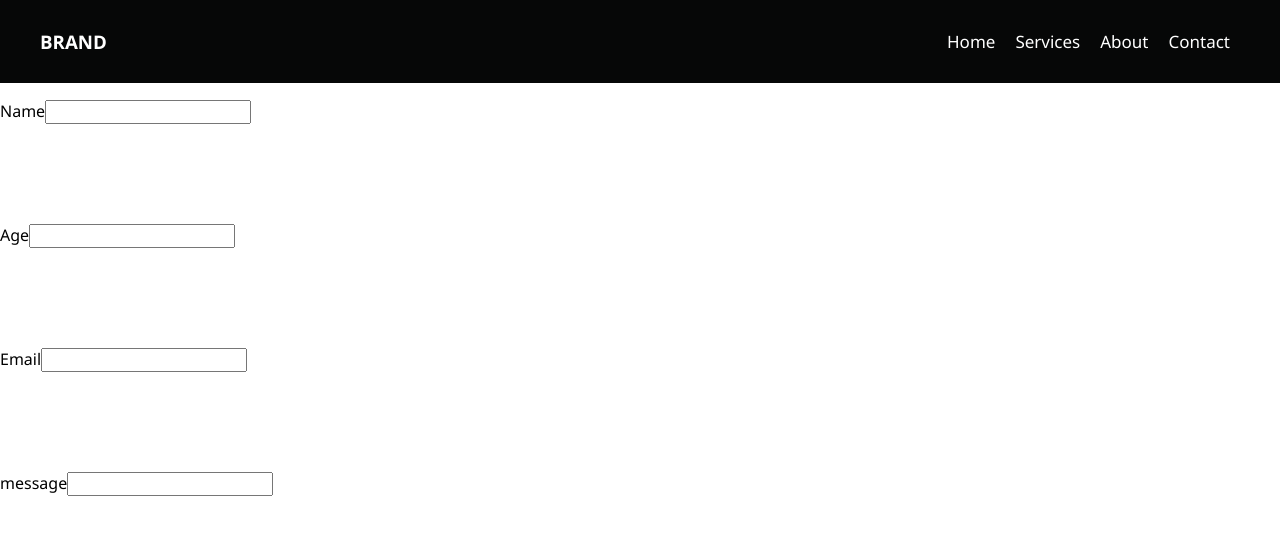
Repository: hemantsaini-7/React_Basics
Page: /contact (app in webreact/)
An editor plug-in stored every save of this project. The page is shown before and after the next save, followed by the edit.
The browser window is 1280 px wide. The pictures show the whole page.
The project was rebuilt for these pictures with package versions that can differ from the ones it lists, and the page was loaded fresh each time. Also part of the build but not shown: webreact/src/components/Common.js, webreact/src/components/Home.js, webreact/src/components/Card.js, webreact/src/components/Services.js, webreact/src/components/About.js.

Above is the page before, as saved 2020-11-03 16:16:39.

### webreact/src/App.js
import React,{Fragment} from 'react';
import {BrowserRouter as Router, Redirect} from 'react-router-dom';
import {Switch, Route} from 'react-router-dom';
import Nav from './components/Nav'
import Home from './components/Home'
import Services from './components/Services'
import About from './components/About'
import Contact from './components/Contact'
import './App.css';
function App() {
  return (
    <Fragment>
      <Router>
      <Nav />
       <Switch>
          <Route exact path="/" component={Home} />
          <Route exact path="/services" component={Services} />
          <Route exact path="/about" component={About} />
          <Route exact path="/contact" component={Contact} />
          <Redirect exact path="/" />
        </Switch>
      </Router>
    </Fragment>
  );
}

export default App;

### webreact/src/components/Nav.js
import React from 'react'
import { Link } from 'react-router-dom'

function Nav() {
    return (
        <nav>
            <a href="/"><h3>BRAND</h3></a>
            <ul className="links">
                <Link to="/"className="link-item"><li>Home</li></Link>
                <Link to="/services"className="link-item"><li>Services</li></Link>
                <Link to="/about"className="link-item"><li>About</li></Link>
                <Link to="/contact"className="link-item"><li>Contact</li></Link>
            </ul>
        </nav>
    )
}
export default Nav

### webreact/src/components/Contact.js
import React, { useState } from 'react'

function Contact() {
    const [values,setValues]=useState({
        name:"",
        age:"",
        email:"",
        message:"",
    });
    var {name,age,email,message}=values;
    return (
        <form>
            <div className="form-div">
                <label htmlFor="Name">Name</label>
                <input type="text" className="input-field" value={name} name="name" onChange={e=>setValues(e.target.value)}/>
                {console.log(values.name)}
            </div>
            <div className="form-div">
                <label htmlFor="Age">Age</label>
                <input type="text" className="input-field" value={age} name="age" />
            </div>
            <div className="form-div">
                <label htmlFor="Email">Email</label>
                <input type="text" className="input-field" value={email} name="email" />
            </div>
            <div className="form-div">
                <label htmlFor="message">message</label>
                <input type="text" className="input-field" value={message} name="message" />
            </div>
        </form>
    )
}

export default Contact

### webreact/src/App.css
* {
  box-sizing: border-box;
  margin: 0;
  font-family: "Segoe UI", Tahoma, Geneva, Verdana, sans-serif;
}
nav {
  background-color: rgb(6, 7, 7);
  display: flex;
  justify-content: space-between;
  align-items: center;
  padding: 20px 40px;
  position: fixed;
  top: 0;
  width: 100%;
}
a {
  text-decoration: none;
}
nav h3 {
  color: #fff;
}
.links {
  display: flex;
  list-style: none;
}
.link-item {
  margin: 10px;
  font-size: 17px;
  font-weight: 500;
  color: #fff;
}
.container {
  background-color: #ccc;
  display: grid;
  grid-template-columns: repeat(2, 1fr);
  margin: auto;
  padding: 40px;
  height: 100vh;
}
.left,
.right {
  display: flex;
  flex-direction: column;
  align-items: center;
  justify-content: center;
}
.right img {
  height: 300px;
  width: 300px;
}
.s-container {
  display: grid;
  grid-template-columns: repeat(3, 1fr);
  grid-gap: 40px;
  margin: 150px 200px;
}
.card {
  background-color: #000;
  display: flex;
  flex-direction: column;
  align-items: center;
  justify-content: center;
  padding: 20px 50px;
}
.card img {
  width: 200px;
}
.card h2 {
  color: #fff;
  margin-bottom: 20px;
}
.card p {
  color: #fff;
  text-align: center;
  margin-top: 10px;
}
.card a {
  color: #000;
  background-color: #fff;
  margin-top: 20px;
  padding: 7px 20px;
}
.form-div {
  margin-top: 100px;
}

Loaded but not shown: webreact/public/index.html (common file); webreact/src/index.js (common file)

After the next save:
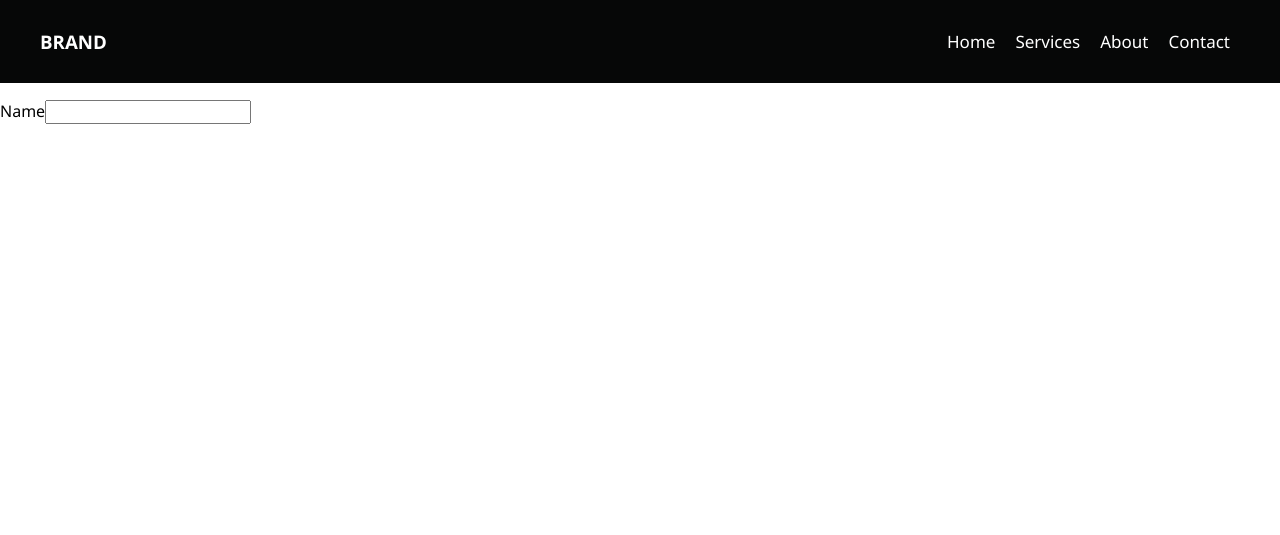
Saved 73 s later.
--- a/webreact/src/components/Contact.js
+++ b/webreact/src/components/Contact.js
@@ -1,21 +1,16 @@
 import React, { useState } from 'react'
 
 function Contact() {
-    const [values,setValues]=useState({
-        name:"",
-        age:"",
-        email:"",
-        message:"",
-    });
-    var {name,age,email,message}=values;
+    const [name,setName]=useState("");
+    // var {name,age,email,message}=values;
     return (
         <form>
             <div className="form-div">
                 <label htmlFor="Name">Name</label>
-                <input type="text" className="input-field" value={name} name="name" onChange={e=>setValues(e.target.value)}/>
-                {console.log(values.name)}
+                <input type="text" className="input-field" value={name} name="name" onChange={e=>setName(e.target.value)}/>
+                {console.log(name)}
             </div>
-            <div className="form-div">
+            {/* <div className="form-div">
                 <label htmlFor="Age">Age</label>
                 <input type="text" className="input-field" value={age} name="age" />
             </div>
@@ -26,7 +21,7 @@ function Contact() {
             <div className="form-div">
                 <label htmlFor="message">message</label>
                 <input type="text" className="input-field" value={message} name="message" />
-            </div>
+            </div> */}
         </form>
     )
 }
